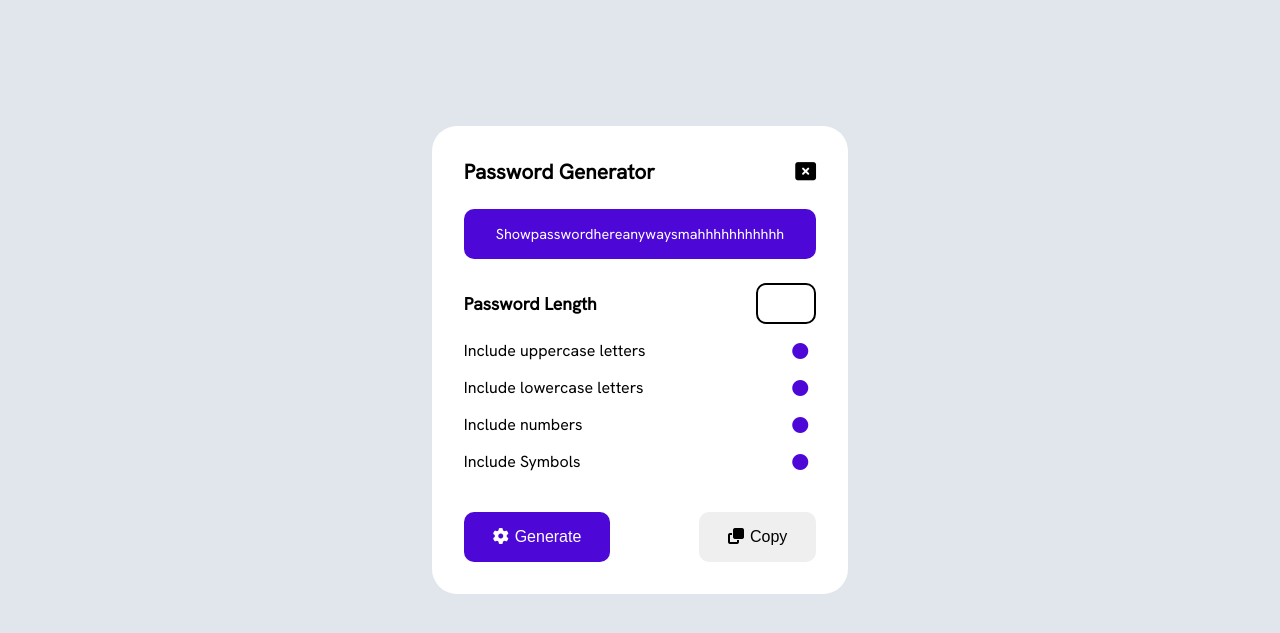
Repository: emiliaiwu/password_generator
Page: index.html
These files come from the project's save history. The page is drawn as it stood at one moment and after the next save; the edit follows.
The browser window is 1280 px wide. The pictures show the whole page.
Some web libraries are served in a nearby version.

Above is the page before, as saved 2022-12-14 05:04:29.

### index.html
<!DOCTYPE html>
<html lang="en">
<head>
    <meta charset="UTF-8">
    <meta http-equiv="X-UA-Compatible" content="IE=edge">
    <meta name="viewport" content="width=device-width, initial-scale=1.0">
    <link rel="stylesheet" href="style.css">
    <script src="https://kit.fontawesome.com/fd9c36575f.js" crossorigin="anonymous"></script>
    <title>Password Generator</title>
</head>
<body>
    <div class="container">
        <div class="title">
            <h2>Password Generator</h2>
            <i class="fa-solid fa-rectangle-xmark"></i>
        </div>

        <div class="display_password">
            <p>Showpasswordhereanywaysmahhhhhhhhhhh</p>
        </div>

        <div class="password_attributes">
            <div class="password_length">
                <h3>Password Length</h3>
                <input type="text">
            </div>

            <div class="password_includes">
                <ul>
                    <li class="list">
                        <label for="uppercase" id="uppercase_letters">Include uppercase letters
                            <i class="fa-solid fa-circle"></i>
                            <i class="fa-solid fa-circle-check"></i>
                            <input type="checkbox" name="uppercase" id="uppercase" class="uppercase">
                        </label>
                    </li>
                    <li class="list">
                        <label for="lowercase" id="lowercase_letters">Include lowercase letters
                            <i class="fa-solid fa-circle"></i>
                            <i class="fa-solid fa-circle-check"></i>
                            <input type="checkbox" name="lowercase" id="lowercase" class="lowercase">
                        </label>
                    </li>
                    <li class="list">
                        <label for="numbers" id="include_numbers">Include numbers
                            <i class="fa-solid fa-circle"></i>
                            <i class="fa-solid fa-circle-check"></i>
                            <input type="checkbox" name="numbers" id="numbers" class="numbers">
                        </label>

                    </li>
                    <li class="list">
                        <label for="symbols" id="include_symbols">Include Symbols
                            <i class="fa-solid fa-circle"></i>
                            <i class="fa-solid fa-circle-check"></i>
                            <input type="checkbox" name="symbols" id="symbols" class="symbols">
                        </label>

                    </li>
                </ul>
            </div>
        </div>

        <div class="cta">
            <button class="btn generate"><i class="fa-solid fa-gear"></i>Generate</button>
            <button class="btn copy"><i class="fa-solid fa-clone"></i>Copy</button>
        </div>
    </div>
</body>
</html>

### style.css
@import url('https://fonts.googleapis.com/css2?family=Hanken+Grotesk:wght@300;400&display=swap');


* {
    margin: 0;
    padding: 0;
    box-sizing: border-box;
    list-style-type: none;
}


:root {
    --BG-COLOR: #fff;
    --BG-COLOR2:
}


body {
    width: 100vw;
    height: 100vh;
    font-family: 'Hanken Grotesk', sans-serif;
    display: flex;
    align-items: center;
    justify-content: center;
    color: #000;
    background-color: rgb(224, 230, 236);
}

.container {
    background-color: var(--BG-COLOR);
    display: flex;
    flex-direction: column;
    align-items: left;
    justify-content: space-between;
    gap: 1.5rem;
    padding: 2rem;
    border-radius: 25px;

}

h2 {
   font-size: 1.3rem;
   font-family: inherit;
}

h3 {
    font-size: 1.1rem;
    font-family: inherit;
}

.title,
label,
.password_length,
.cta {
    display: flex;
    align-items: center;
    justify-content: space-between;
}

.fa-rectangle-xmark {
    font-size: 1.3rem;
}

.display_password {
    padding: 1rem 2rem;
    border-radius: 10px;
    background: #4d08d8;
    color: #fff;
    overflow: hidden;
}

.display_password p {
    font-size: .9rem;
    word-wrap: break-word;
}

.password_length {
    margin-bottom: 1rem;
}

.password_length input[type="text"] {
    width: 60px;
    padding: .5rem .8rem;
    font-size: 1.1rem;
    border: 2px solid #000;
    border-radius: 10px;
}

.password_length input[type="text"]:focus {
    outline: none;
}

.list {
    margin-top: 1rem;
}

.list input[type="checkbox"] {
    /* width: 20px; */
    padding: 1rem;

}

label {
     position: relative;
}

.list .fa-solid {
    position: absolute;
    top: 50%;
    right: 0;
    transform: translate(-50%, -50%);
}

.fa-circle {
    color: #4d08d8;
}

.fa-circle-check{
    opacity: 0;
}

.list input {
    opacity: 0;
}


.btn {
    margin-top: 1rem;
    padding: 1rem 1.8rem;
    font-size: 1rem;
    border: none;
    border-radius: 10px;

}

.generate {
    background-color:#4d08d8;
    color: #fff;
}

.btn .fa-solid {
    margin-right: 6px;
}

After the next save:
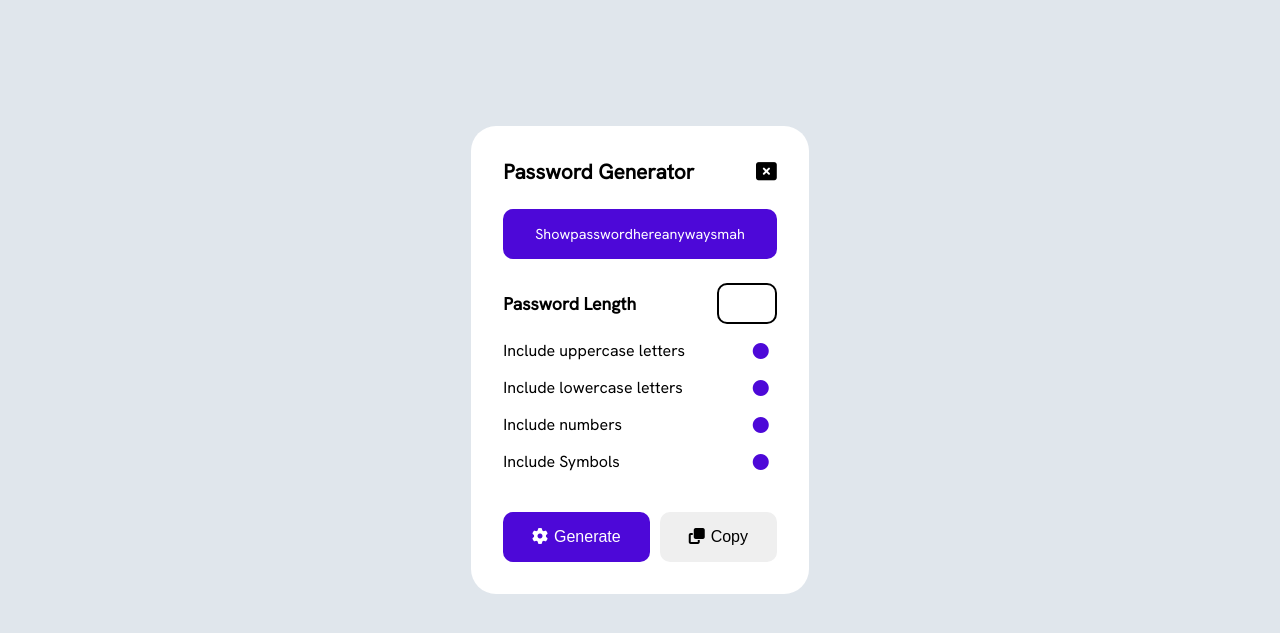
Saved 4 s later.
--- a/index.html
+++ b/index.html
@@ -16,7 +16,7 @@
         </div>
 
         <div class="display_password">
-            <p>Showpasswordhereanywaysmahhhhhhhhhhh</p>
+            <p>Showpasswordhereanywaysmah</p>
         </div>
 
         <div class="password_attributes">
